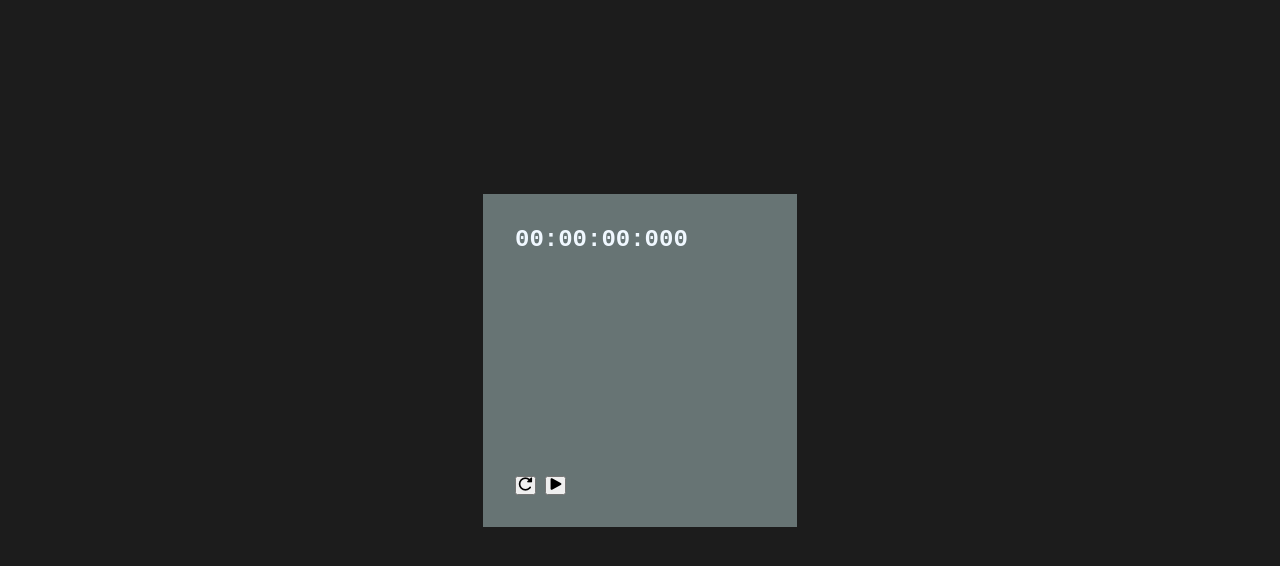
Repository: ValdemarCaculo/TEMPORIZADOR
Page: index.html
The author's editor kept a copy of each file at every save. The page is drawn from the files as they stood at one save, then again after the next save.
The browser window is 1280 px wide. The pictures show the whole page.
Some web libraries are served in a nearby version.

Above is the page before, as saved 2025-12-06 14:27:11.

After the next save:
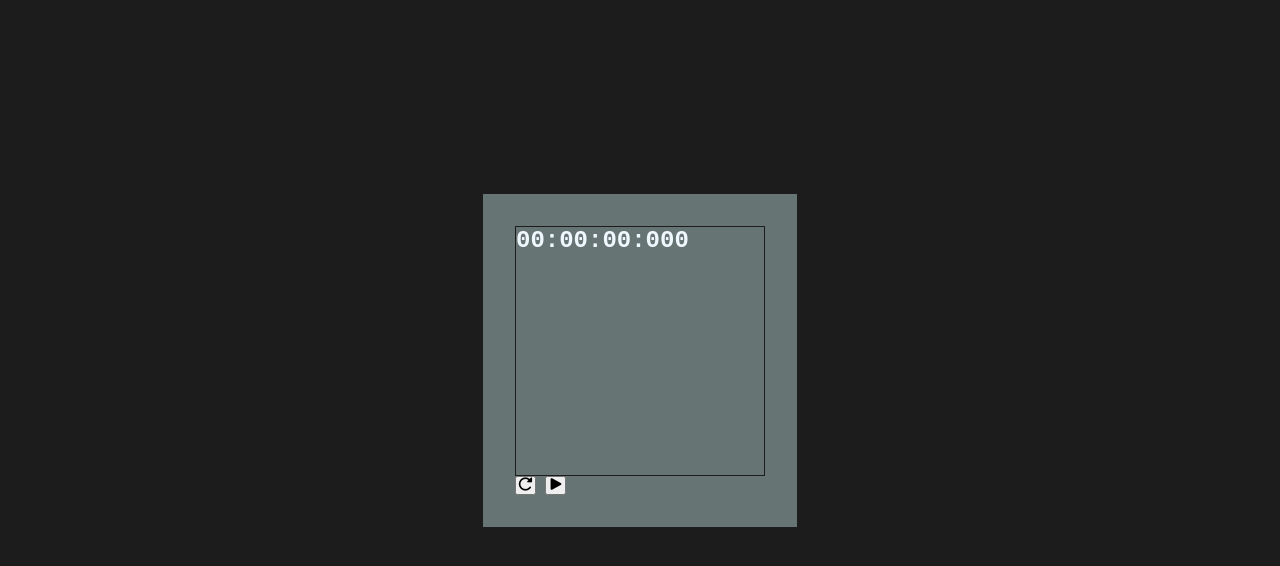
Saved 27 s later.
--- a/CSS/style.css
+++ b/CSS/style.css
@@ -24,5 +24,5 @@ body {
     background-color: #677474;
     width:250px;
     height: 250px;
-    border-radius: 1px solid #1c1c1c;
+    border: 1px solid #1c1c1c;
 }
